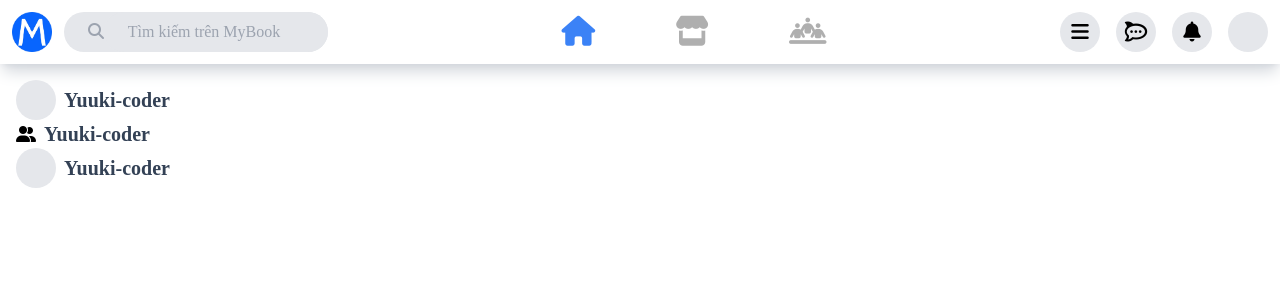
Repository: Yuukicoder/MyBook
Page: / (app in mybook/)
An editor plug-in stored every save of this project. The page is shown before and after the next save, followed by the edit.
The browser window is 1280 px wide. The pictures show the whole page.
The project was rebuilt for these pictures with package versions that can differ from the ones it lists, and the page was loaded fresh each time. Also part of the build but not shown: mybook/src/Option.css.

Above is the page before, as saved 2023-12-13 15:57:46.

After the next save:
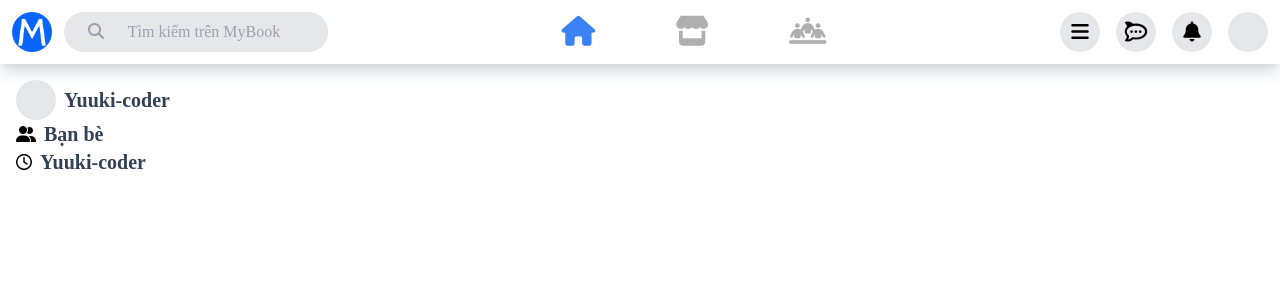
Saved 40 s later.
--- a/mybook/src/Option.js
+++ b/mybook/src/Option.js
@@ -10,12 +10,11 @@ var Option = (x) => (
     </div>
     <div class="flex gap-2 items-center">
     <i class="fa-solid fa-user-group"></i>
-        <p class="font-semibold text-xl text-slate-700">{x.name}</p>
+        <p class="font-semibold text-xl text-slate-700">Bạn bè</p>
 
     </div>
     <div class="flex gap-2 items-center">
-        <div class="avatar">
-        </div>
+    <i class="fa-regular fa-clock"></i>
         <p class="font-semibold text-xl text-slate-700">{x.name}</p>
 
     </div>
